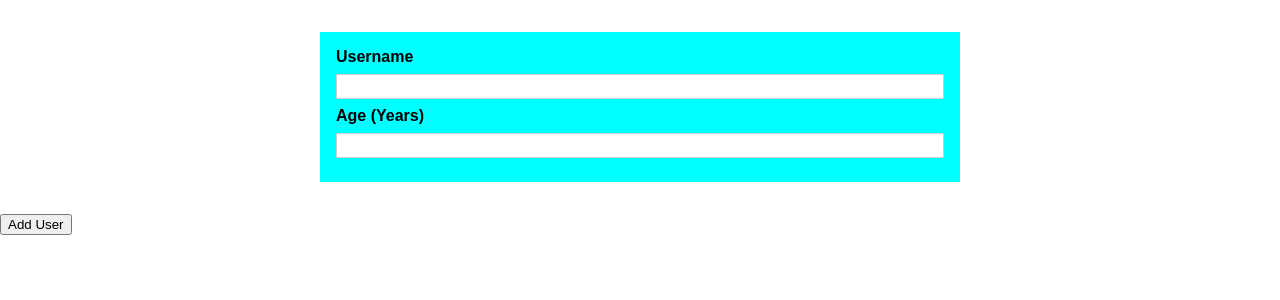
Repository: otvertka/MSC_4
Page: /
The author's editor kept a copy of each file at every save. The page is drawn from the files as they stood at one save, then again after the next save.
The browser window is 1280 px wide. The pictures show the whole page.
The project was rebuilt for these pictures with package versions that can differ from the ones it lists, and the page was loaded fresh each time.

Above is the page before, as saved 2023-07-05 13:57:25.

After the next save:
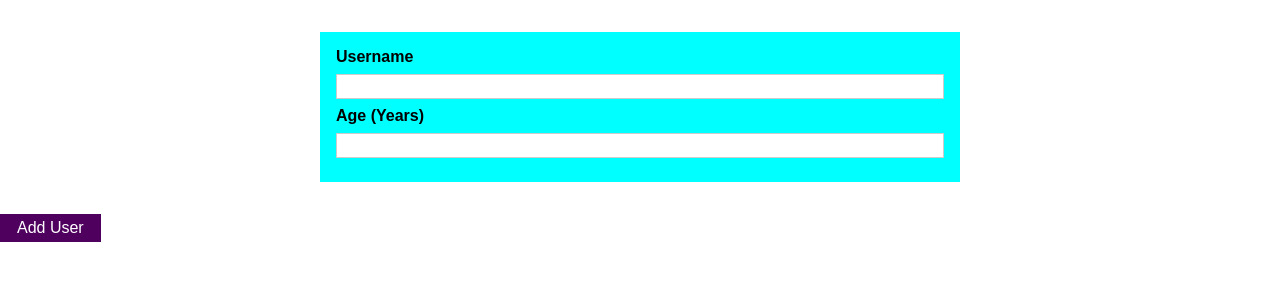
Saved 54 s later.
--- a/src/components/AddUser/AddUser.js
+++ b/src/components/AddUser/AddUser.js
@@ -1,5 +1,6 @@
 import React from "react";
 import classes from "./AddUser.module.css";
+import Button from "../Button/Button";
 
 const AddUser = () => {
   return (
@@ -11,7 +12,7 @@ const AddUser = () => {
           <label>Age (Years)</label>
           <input type="number" />
         </div>
-        <button> Add User</button>
+        <Button />
       </form>
     </>
   );
